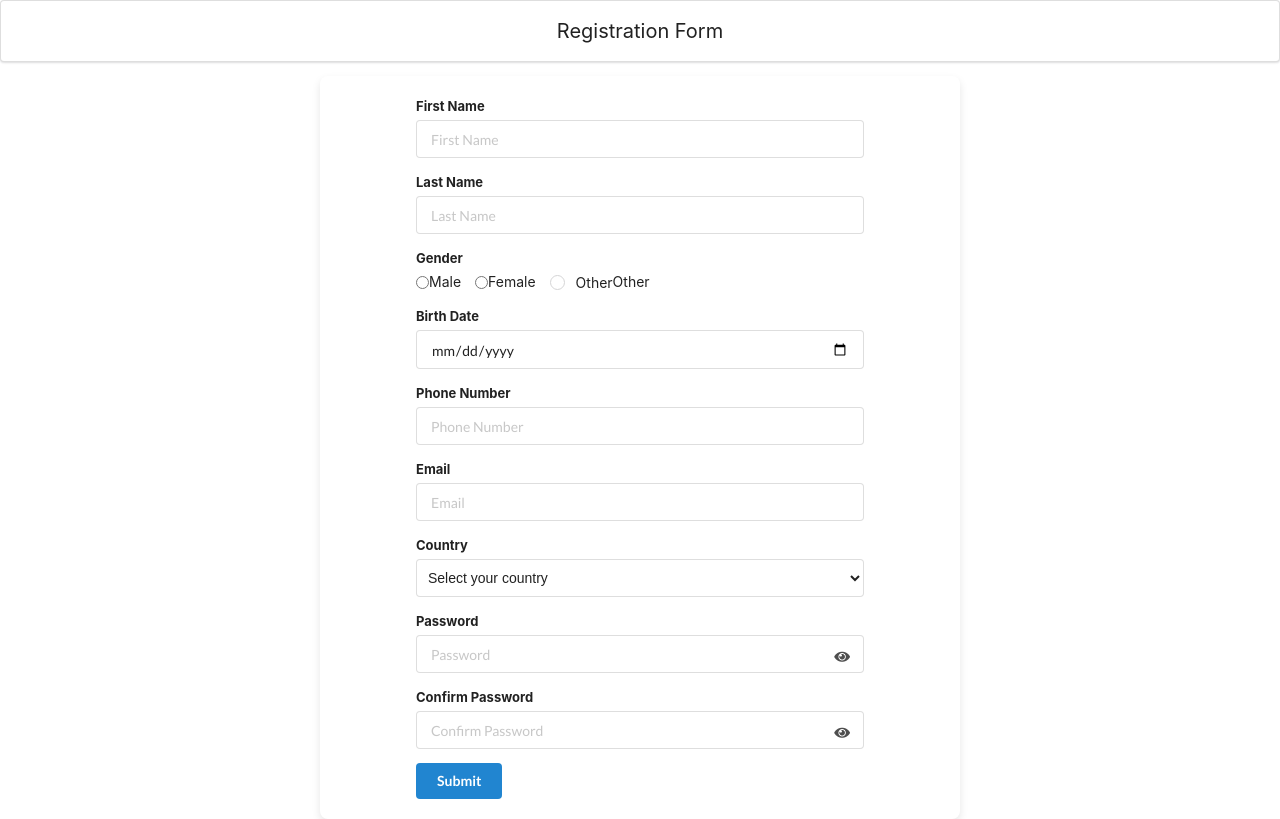
Repository: Wahid137/registration-form
Page: /
The author's editor kept a copy of each file at every save. The page is drawn from the files as they stood at one save, then again after the next save.
The browser window is 1280 px wide. The pictures show the whole page.
The project was rebuilt for these pictures with package versions that can differ from the ones it lists, and the page was loaded fresh each time.

Above is the page before, as saved 2024-05-01 16:43:36.

After the next save:
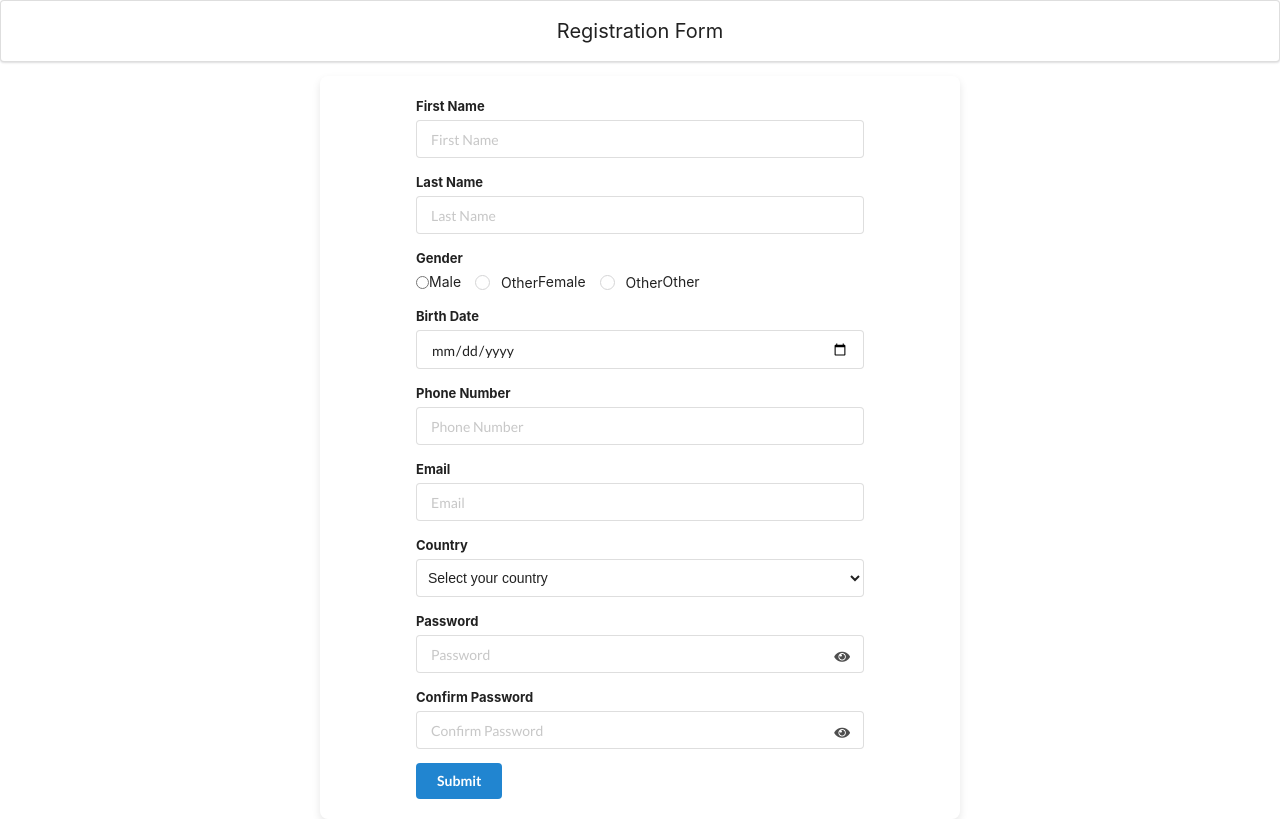
Saved 25 s later.
--- a/src/components/Register.js
+++ b/src/components/Register.js
@@ -150,8 +150,12 @@ const Register = () => {
                                 <label htmlFor="male">Male</label>
                             </div>
                             <div className="gender-option">
-                                <input type="radio" id="female" {...register("gender")} value="female" />
-                                <label htmlFor="female">Female</label>
+                                <Radio
+                                    id="other"
+                                    label="Other"
+                                    {...register("gender")}
+                                    value="other"
+                                />                                 <label htmlFor="female">Female</label>
                             </div>
                             <div className="gender-option">
                                 <Radio
